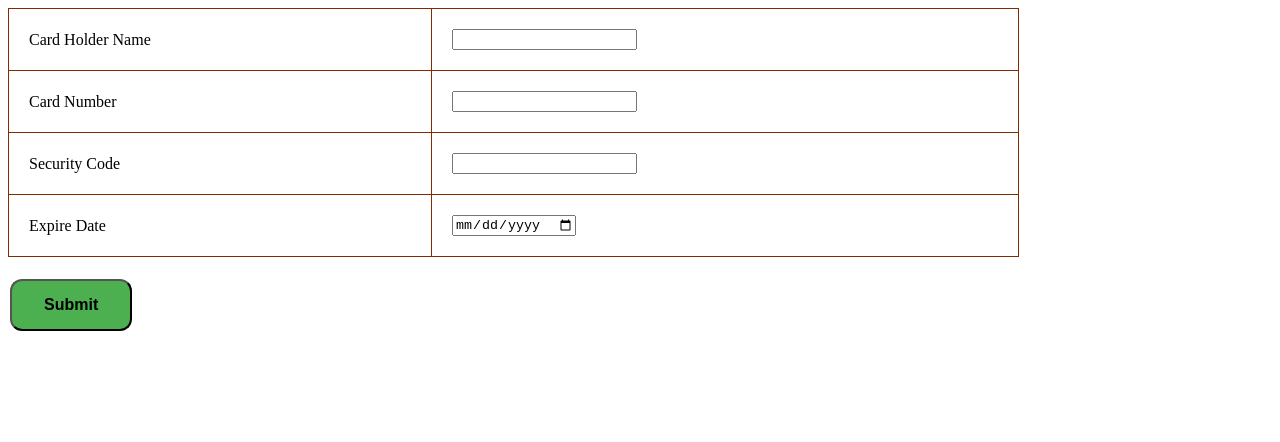
Repository: sandeepa9803/OOP---Online-Travel-web-application
Page: http://localhost/PaymentNew/paymentInfo.jsp
An editor plug-in stored every save of this project. The page is shown before and after the next save, followed by the edit.
The browser window is 1280 px wide. The pictures show the whole page.
The page is served by Tomcat 9.

Above is the page before, as saved 2021-10-11 16:40:32.

After the next save:
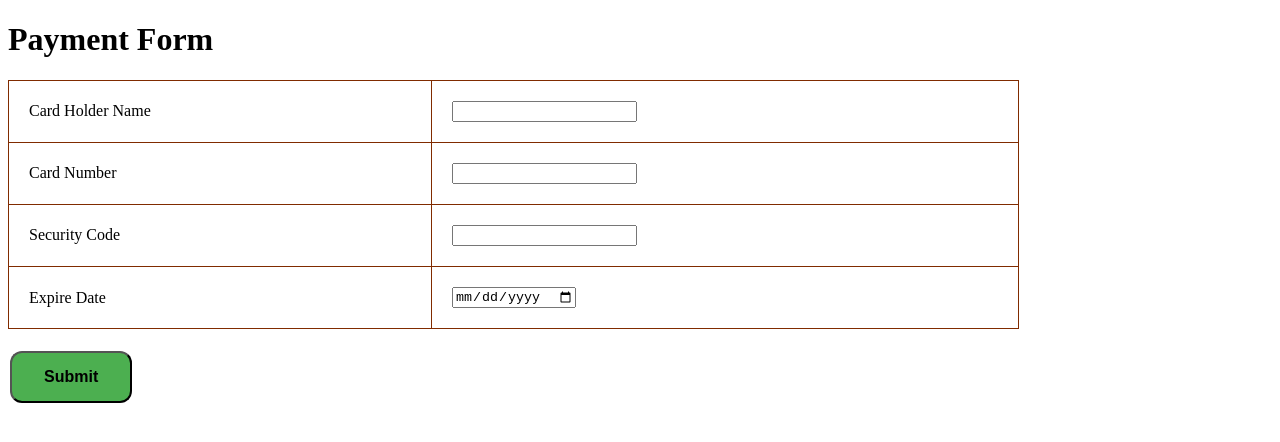
Saved 63 s later.
--- a/PaymentNew/WebContent/paymentInfo.jsp
+++ b/PaymentNew/WebContent/paymentInfo.jsp
@@ -44,6 +44,7 @@ th, td {
 </head>
 
 <body>
+ <h1> Payment Form</h1>
 
      <form action ="submit" method = "post" >
      <table>
